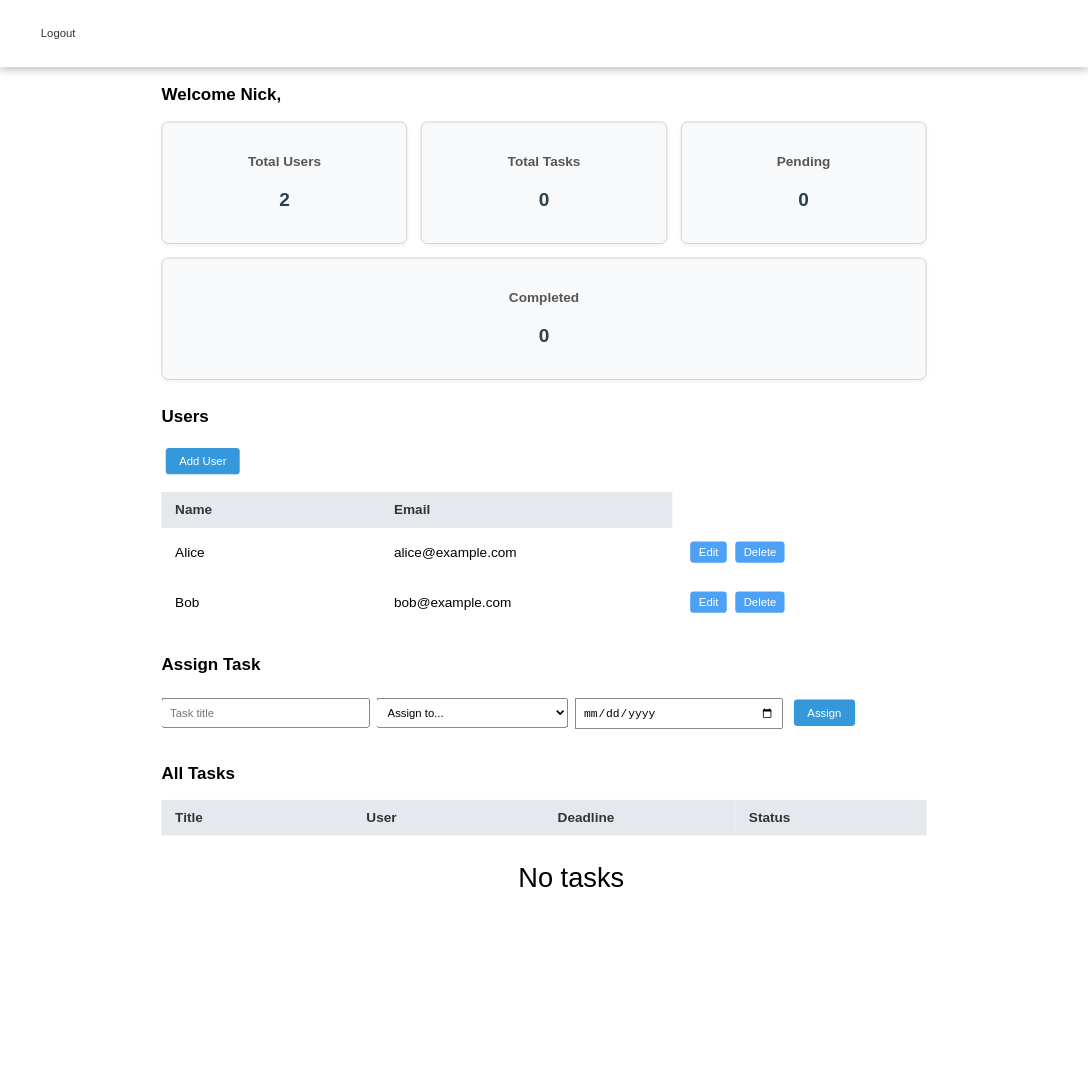
Repository: Edmund-Kiama/todoPHP
Page: /admin (app in task-manager-frontend/)
These files come from the project's save history. The page is drawn as it stood at one moment and after a run of saves; the edit follows.
The browser window is 1280 px wide. The pictures show the whole page, at 85% of full size.
The project was rebuilt for these pictures with package versions that can differ from the ones it lists, and the page was loaded fresh each time. Also part of the build but not shown: task-manager-frontend/vite.config.js, task-manager-frontend/src/components/User/user.css, task-manager-frontend/src/components/User/UserDashboard.vue, task-manager-frontend/src/components/Auth/signup.css, task-manager-frontend/src/components/Auth/Signup.vue.

Above is the page before, as saved 2025-07-13 10:38:51.

### task-manager-frontend/src/App.vue
<script setup>
  import Navbar from './components/Navbar/Navbar.vue';
  import { store } from './store';
</script>

<template>
  <Navbar />
  <router-view />
</template>

### task-manager-frontend/src/router/index.js
import { createRouter, createWebHistory } from 'vue-router';
import Login from '../components/Auth/Login.vue';
import AdminDashboard from '../components/Admin/AdminDashboard.vue';
import UserDashboard from '../components/User/UserDashboard.vue';
import Signup from '../components/Auth/Signup.vue';

const routes = [
  { path: '/', name: 'Login', component: Login },
  { path: '/signup', name: 'Signup', component: Signup },
  { path: '/admin', name: 'AdminDashboard', component: AdminDashboard },
  { path: '/user', name: 'UserDashboard', component: UserDashboard }
];

const router = createRouter({
  history: createWebHistory(),
  routes
});

export default router;

### task-manager-frontend/src/components/Navbar/Navbar.vue

<template>
  <nav v-if="store.user.loggedIn" class="navbar">
    <ul>
      <li v-if="user.role === 'admin'">Admin Dashboard</li>
      <li v-if="user.role === 'user'">User Dashboard</li>
      <li><button @click="logout">Logout</button></li>
    </ul>
  </nav>
</template>

<script setup>
  import "./nav.css"
  import { store } from '../../store'
  import { useRouter } from 'vue-router'

  const router = useRouter()

  const user = store.user
  if (!user.loggedIn) router.push('/')

  function logout() {
    store.user.role = null
    store.user.loggedIn = false
    localStorage.removeItem('token')
    router.push('/')
  }
</script>

### task-manager-frontend/src/store.js
import { reactive } from 'vue'

export const store = reactive({
  user: {
    role: null,
    loggedIn: true,
    username: "Nick"
  },
})

### task-manager-frontend/src/components/Admin/AdminDashboard.vue
<script setup>
  import './admin.css'
  import { store } from '../../store';
  import { ref } from 'vue';

  const admin = store.user

  const users = ref([
    { name: 'Alice', email: 'alice@example.com' },
    { name: 'Bob', email: 'bob@example.com' }
  ]);

  const tasks = ref([]);

  const taskForm = ref({
    title: '',
    user: '',
    deadline: '',
    status: 'Pending'
  });

  const userForm = ref({
    name: '',
    email: ''
  });
  const editingIndex = ref(null);
  const showUserModal = ref(false);

  function assignTask() {
    tasks.value.push({ ...taskForm.value });
    taskForm.value.title = '';
    taskForm.value.user = '';
    taskForm.value.deadline = '';
  }

  function deleteUser(index) {
    users.value.splice(index, 1);
  }

  function openUserForm(user = null, index = null) {
    if (user) {
      userForm.value = { ...user };
      editingIndex.value = index;
    } else {
      userForm.value = { name: '', email: '' };
      editingIndex.value = null;
    }
    showUserModal.value = true;
  }

  function saveUser() {
    if (editingIndex.value !== null) {
      users.value[editingIndex.value] = { ...userForm.value };
    } else {
      users.value.push({ ...userForm.value });
    }
    closeUserForm();
  }

  function closeUserForm() {
    userForm.value = { name: '', email: '' };
    editingIndex.value = null;
    showUserModal.value = false;
  }

  function countStatus(status) {
    return tasks.value.filter(task => task.status === status).length;
  }
</script>
<template>
  <div class="admin-dashboard">
    <h3>Welcome {{ admin.username }},</h3>
      <!-- Summary Cards -->
  <div class="cards" v-if="users">
    <div class="card">
      <h4>Total Users</h4>
      <p>{{ users.length }}</p>
    </div>
    <div class="card">
      <h4>Total Tasks</h4>
      <p>{{ tasks.length }}</p>
    </div>
    <div class="card">
      <h4>Pending</h4>
      <p>{{ countStatus('Pending') }}</p>
    </div>
    <div class="card">
      <h4>Completed</h4>
      <p>{{ countStatus('Completed') }}</p>
    </div>
  </div>
    <!-- Users Section -->
    <section class="section">
      <h3>Users</h3>
      <button @click="openUserForm()">Add User</button>

      <table>
        <tr>
          <th>Name</th><th>Email</th>
        </tr>
        <tr v-for="(user, index) in users" :key="index">
          <td>{{ user.name }}</td>
          <td>{{ user.email }}</td>
          <td>
            <button @click="openUserForm(user, index)">Edit</button>
            <button @click="deleteUser(index)">Delete</button>
          </td>
        </tr>
      </table>
    </section>

    <!-- Task Assignment -->
    <section class="section">
      <h3>Assign Task</h3>
      <form @submit.prevent="assignTask" class="assign">
        <input v-model="taskForm.title" placeholder="Task title" required />
        <select v-model="taskForm.user" required>
          <option disabled value="">Assign to...</option>
          <option v-for="user in users" :key="user.email" :value="user.email">{{ user.name }}</option>
        </select>
        <input type="date" v-model="taskForm.deadline" required />
        <button type="submit">Assign</button>
      </form>
    </section>

    <!-- Task List -->
    <section class="section">
      <h3>All Tasks</h3>
      <table>
        <tr>
          <th>Title</th><th>User</th><th>Deadline</th><th>Status</th>
        </tr>
        <tr v-for="(task, index) in tasks" :key="index">
          <td>{{ task.title }}</td>
          <td>{{ task.user }}</td>
          <td>{{ task.deadline }}</td>
          <td>{{ task.status }}</td>
        </tr>
      </table>
      <div v-if="tasks.length === 0" class="no-tasks">
        No tasks
      </div>
    </section>

    <!-- Add/Edit User -->
    <div v-if="showUserModal" class="modal">
      <div class="modal-content">
        <h3>{{ editingIndex !== null ? 'Edit' : 'Add' }} User</h3>
        <form @submit.prevent="saveUser">
          <div class="inputs">
            <input v-model="userForm.name" placeholder="Name" required />
            <input v-model="userForm.email" placeholder="Email" required />
          </div>
          <div>
            <button type="submit">Save</button>
            <button type="button" @click="closeUserForm">Cancel</button>
          </div>
        </form>
      </div>
    </div>
  </div>
</template>

### task-manager-frontend/src/components/Navbar/nav.css
.navbar {
    background-color: white;
    margin: 0;
    padding: 0;
    position: fixed;
    box-shadow: 0 2px 10px rgba(0, 0, 0, 0.3);
    width: 100%;
    top: 0;
    left: 0;
    right: 0;
}
.navbar ul {
    display: flex;
    justify-content: space-between;
    align-items: center;
    gap: 1rem;
    list-style: none;
    font-size: 1.5em;
}
.navbar ul li {
    display: flex;
    align-items: center;
}
.navbar button {
    text-decoration: none;
    background: none;
    border: none;
    padding: 0.5rem;
    border-radius: 5px;
    color: #333;
    transition: all;
    transition-duration: 300ms;
    cursor: pointer;
    margin-right: 1em;
}
.navbar button:hover {
    background-color:  #3498db;
    color: white;
}

### task-manager-frontend/src/components/Admin/admin.css
.admin-dashboard {
  max-width: 900px;
  margin: 2rem auto;
  margin-top: 100px;
  margin-bottom: 200px;
  font-family: Arial, sans-serif;
}
.admin-dashboard h3{
  font-size: 20px;
}
.admin-dashboard .section {
  margin-top: 2rem;
}
.admin-dashboard button {
  margin: 0.3rem;
  padding: 0.5rem 1rem;
  background: #3498db;
  color: white;
  border: none;
  border-radius: 4px;
  cursor: pointer;
}
.admin-dashboard table {
  width: 100%;
  border-collapse: collapse;
  margin-top: 1rem;
  font-family: sans-serif;
  border: none; /* remove outer border */
}
.admin-dashboard th,
.admin-dashboard td {
  padding: 0.75rem 1rem;
  text-align: left;
  border: none; /* remove inner lines */
  vertical-align: middle;
  min-width: 100px;
}

.admin-dashboard th {
  background-color: #e5e8ec;
  font-weight: bold;
  color: #333;
}

.admin-dashboard td button {
  /* visibility: hidden; */
  background-color: #4DA2F7;
  color: white;
  border: none;
  padding: 5px 10px;
  margin-right: 5px;
  border-radius: 4px;
  cursor: pointer;
  transition: background-color 0.2s ease;
}

.admin-dashboard button:hover {
  background-color: #1c74d9;
}

/* .admin-dashboard tr:hover td button {
  visibility: visible;
} */

.admin-dashboard tr:hover {
  background-color: #f0f8ff;
}

.admin-dashboard input, .admin-dashboard select {
  padding: 0.5rem;
  margin: 0.5rem 0.5rem 0.5rem 0;
}

.admin-dashboard .modal {
  position: fixed;
  top: 0; left: 0;
  width: 100vw; height: 100vh;
  background: rgba(0,0,0,0.4);
  display: flex;
  justify-content: center;
  align-items: center;
}

.admin-dashboard .modal-content {
  background: white;
  padding: 2rem;
  text-align: center;
  border-radius: 8px;
}
.admin-dashboard .modal-content .inputs{
  display: flex;
  flex-direction: column;
}
.admin-dashboard .modal-content input {
  width: 300px;
}
.admin-dashboard .assign input,
.admin-dashboard .assign select {
  width: 25%;
}
.admin-dashboard  .cards {
  display: flex;
  gap: 1rem;
  margin-bottom: 2rem;
  flex-wrap: wrap;
}

.admin-dashboard  .card {
  background: #f8f9fa;
  border: 1px solid #ccc;
  padding: 1rem;
  border-radius: 8px;
  flex: 1 1 180px;
  box-shadow: 0 2px 6px rgba(0,0,0,0.05);
  text-align: center;
}

.admin-dashboard  .card h4 {
  margin-bottom: 0.5rem;
  color: #555;
}

.admin-dashboard  .card p {
  font-size: 1.4rem;
  font-weight: bold;
  color: #2c3e50;
}

.admin-dashboard .no-tasks {
  text-align: center;
  width: 100%;
  font-size: 2em;
  padding: 1em;
}

### task-manager-frontend/src/components/Auth/Login.vue
<script setup>
    import './login.css'
    import { ref } from 'vue';
    import { useRouter } from 'vue-router';

    const email = ref('');
    const password = ref('');
    const error = ref('');
    const router = useRouter();
    const showPassword = ref(false)

    const isValidEmail = (email) => {
        return /^[^\s@]+@[^\s@]+\.[^\s@]+$/.test(email);
    };

    const login = () => {
        // Clear error
        error.value = '';

        const users = [
        { email: 'admin@example.com', password: 'admin123', role: 'admin' },
        { email: 'user@example.com', password: 'user123', role: 'user' },
        ];

        if (!isValidEmail(email.value)) {
            error.value = 'Please enter a valid email.';
            return;
        }

        if (password.value.length < 6) {
            error.value = 'Password must be at least 6 characters.';
            return;
        }

        if (password.value.length < 6) {
            error.value = 'Password must be at least 6 characters.';
            return;
        }

        if (!/[a-z]/.test(password.value)) {
            error.value = 'Password must include at least one lowercase letter.';
            return;
        }

        if (!/[A-Z]/.test(password.value)) {
            error.value = 'Password must include at least one uppercase letter.';
            return;
        }

        if (!/[0-9]/.test(password.value)) {
            error.value = 'Password must include at least one number.';
            return;
        }

        if (!/[!@#$%^&*(),.?":{}|<>]/.test(password.value)) {
            error.value = 'Password must include at least one special character.';
            return;
        }

        const user = users.find(
            (u) => u.email === email.value && u.password === password.value
        );


        if (!user) error.value = "Invalid credentials"
        if (user?.role === 'admin') router.push('/admin');
        if (user?.role === 'user') router.push('/user');
    };
</script>

<template>
    <div class="login-container">
        <h2>Login</h2>
        <form @submit.prevent="login">
            <input v-model="email" placeholder="Email" required />
            <input :type="showPassword ? 'text' :'password'" v-model="password" placeholder="Password" required />
            <label class="show-toggle" v-if="password">
                <input type="checkbox" v-model="showPassword" />
                Show Password
            </label>
            <button>Login</button>
            <p v-if="error" class="error">{{ error }}</p>
            <p class="descr">{ email: 'user@example.com', password: 'user123', role: 'user' }</p>
            <p class="descr">{ email: 'admin@example.com', password: 'admin123', role: 'admin' }</p>
            <p class="toggle">
                Don't have an account?
                <router-link to="/signup" class="link">Signup here</router-link>
            </p>
        </form>
    </div>
</template>

### task-manager-frontend/src/components/Auth/login.css

.login-container {
    max-width: 400px;
    margin: 100px auto;
    padding: 2rem;
    border: 1px solid #ddd;
    border-radius: 8px;
    background-color: #fff;
    box-shadow: 0 4px 12px rgba(0,0,0,0.1);
    font-family: Arial, sans-serif;
}

.login-container h2 {
  text-align: center;
  margin-bottom: 1.5rem;
}

.login-container form {
  display: flex;
  flex-direction: column;
}

.login-container input {
  padding: 0.75rem;
  margin-bottom: 1rem;
  border: 1px solid #ccc;
  border-radius: 4px;
  font-size: 1rem;
}

.login-container button {
  padding: 0.75rem;
  background-color: #3498db;
  color: white;
  font-size: 1rem;
  border: none;
  border-radius: 4px;
  cursor: pointer;
}

.login-container button:hover {
  background-color: #2980b9;
}
.login-container .show-toggle {
  display: flex;
  justify-content: start;
  gap: 6px;
  margin-top: 5px;
  color:  #2980b9;
  font-size: 0.9em;
}
.login-container .error {
  color: red;
  text-align: center;
  margin-top: 1rem;
}
.login-container .toggle {
  text-align: center;
}
.login-container .link {
  color:  #2980b9;
  text-decoration: none;
  font-weight: bold;
}
.login-container .descr {
  text-align: center;
  font-size: 13px;
}

Loaded but not shown: task-manager-frontend/index.html (common file); task-manager-frontend/src/main.js (common file)

After the next 2 saves:
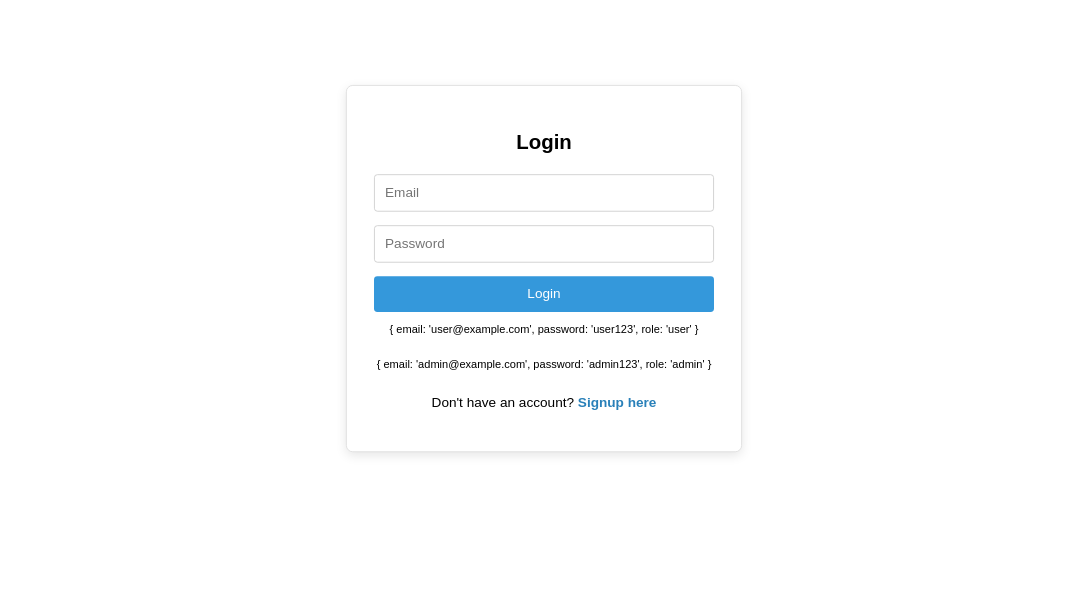
The 2 saves are shown as one change because they came seconds apart.
The last was saved 9 s later.
--- a/task-manager-frontend/src/store.js
+++ b/task-manager-frontend/src/store.js
@@ -3,7 +3,7 @@ import { reactive } from 'vue'
 export const store = reactive({
   user: {
     role: null,
-    loggedIn: true,
-    username: "Nick"
+    loggedIn: false,
+    username: null
   },
 })
